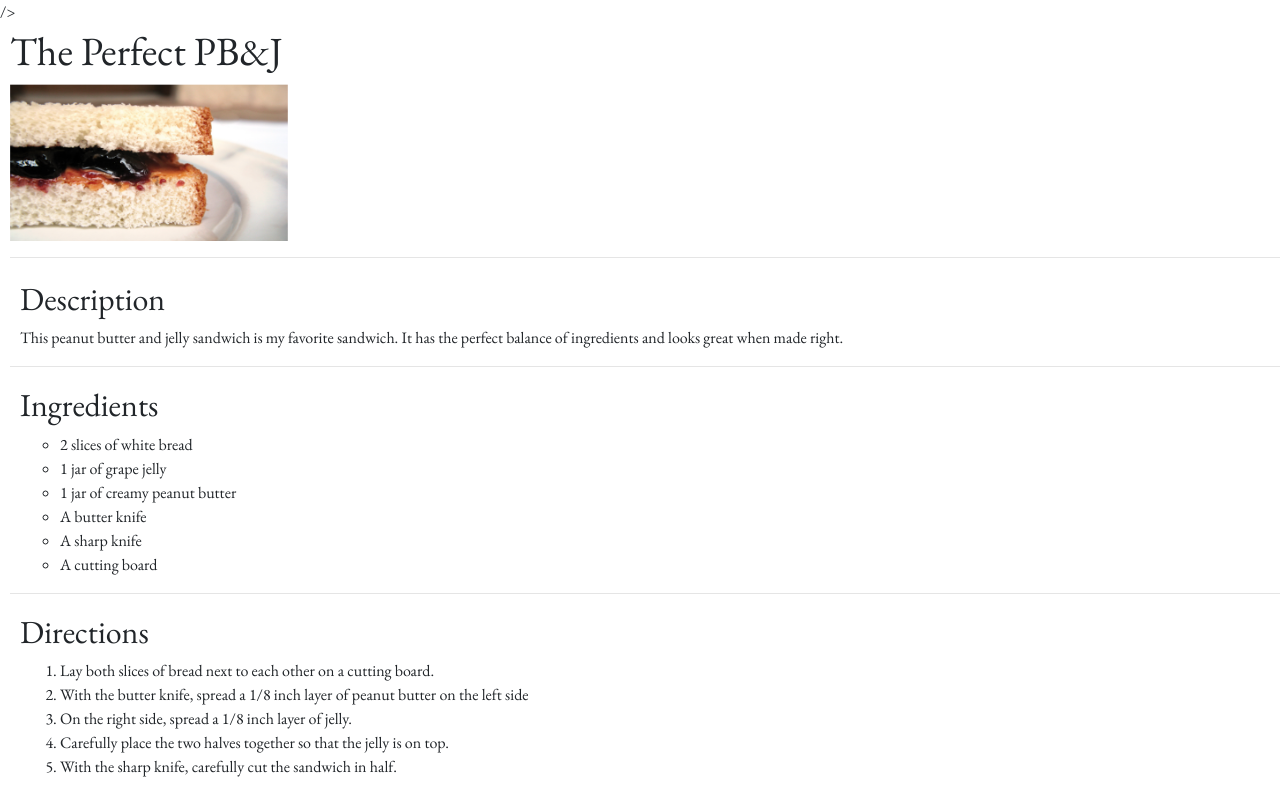
Repository: 9-5-pursuit/lab-intro-to-html
Page: recipe.html
These files come from the project's save history. The page is drawn as it stood at one moment and after a run of saves; the edit follows.
The browser window is 1280 px wide. The pictures show the whole page.

Above is the page before, as saved 2023-02-28 09:25:00.

### recipe.html
<!DOCTYPE html>
<html lang="en">
  <head>
    <meta charset="UTF-8" />
    <meta http-equiv="X-UA-Compatible" content="IE=edge" />
    <meta name="viewport" content="width=device-width, initial-scale=1.0" />
    <link
      rel="stylesheet"
      href="https://maxcdn.bootstrapcdn.com/bootstrap/4.0.0/css/bootstrap.min.css"
    />
    <title>The Perfect Sandwich</title>
    <link rel="preconnect" href="https://fonts.googleapis.com" />
    <link rel="preconnect" href="https://fonts.gstatic.com" crossorigin />
    <link
      href="https://fonts.googleapis.com/css2?family=EB+Garamond:ital,wght@0,400;1,700&display=swap"
      rel="stylesheet"/>
    />
    <style>
      div {
        padding-top: 3px;
        padding-left: 10px;
      }
      hr {
        padding-top: 0px;
      }
      body {
        font-family: "EB Garamond", serif;
      }
    </style>
  </head>
  <body>
    <div id="header-inner" class="header-inner">
      <h1>The Perfect PB&J</h1>
      <img
        src="images/pbjSandwich.png"
        class="img-fluid"
        alt="a close-up image of a peanut butter and jelly sandwich"
      />
      <hr />
    </div>
    <div id="content" class="content">
      <div>
        <h2>Description</h2>
        <p>
          This peanut butter and jelly sandwich is my favorite sandwich. It has
          the perfect balance of ingredients and looks great when made right.
        </p>
      </div>
      <hr />
      <div>
        <h2>Ingredients</h2>
        <ul type="circle">
          <li>2 slices of white bread</li>
          <li>1 jar of grape jelly</li>
          <li>1 jar of creamy peanut butter</li>
          <li>A butter knife</li>
          <li>A sharp knife</li>
          <li>A cutting board</li>
        </ul>
      </div>
      <hr />
      <div>
        <h2>Directions</h2>
        <ol>
          <li>
            Lay both slices of bread next to each other on a cutting board.
          </li>
          <li>
            With the butter knife, spread a 1/8 inch layer of peanut butter on
            the left side
          </li>
          <li>On the right side, spread a 1/8 inch layer of jelly.</li>
          <li>
            Carefully place the two halves together so that the jelly is on top.
          </li>
          <li>With the sharp knife, carefully cut the sandwich in half.</li>
        </ol>
      </div>
    </div>
  </body>
</html>

After the next 2 saves:
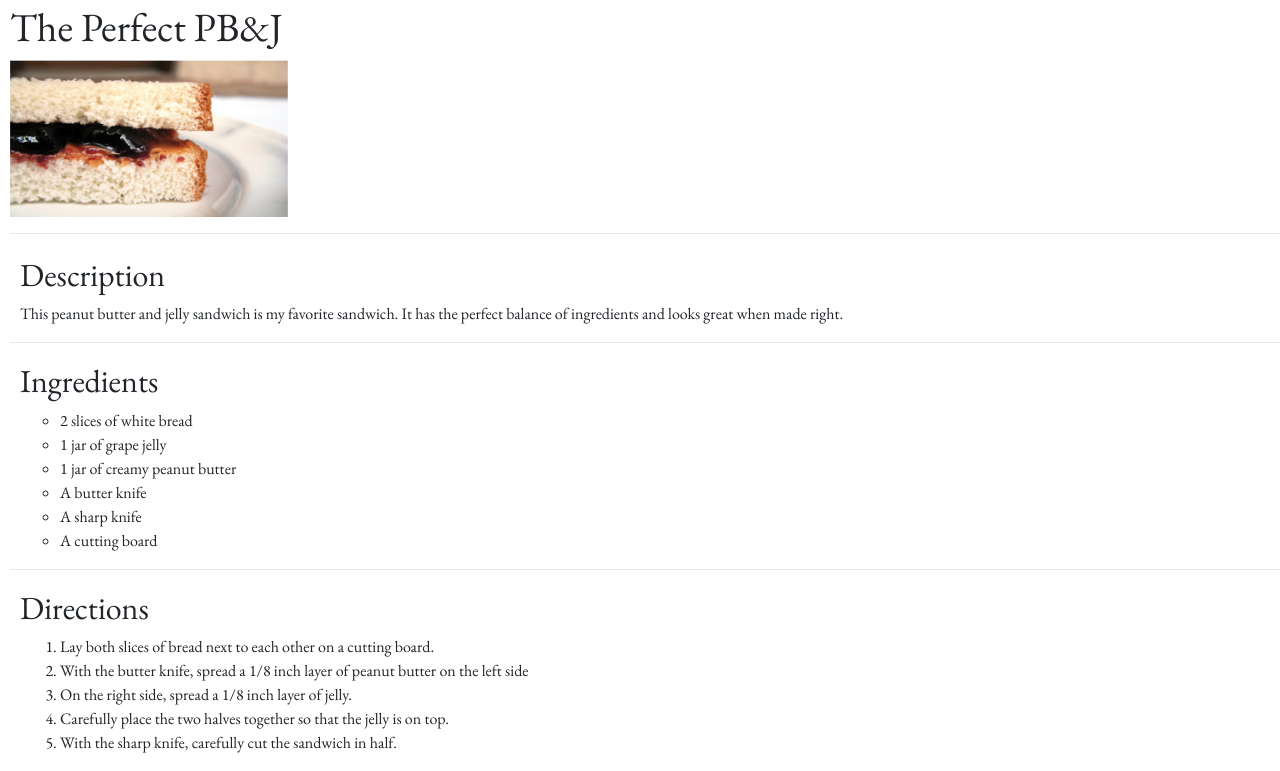
The 2 saves are shown as one change because they came seconds apart.
The last was saved 24 s later.
--- a/recipe.html
+++ b/recipe.html
@@ -13,7 +13,7 @@
     <link rel="preconnect" href="https://fonts.gstatic.com" crossorigin />
     <link
       href="https://fonts.googleapis.com/css2?family=EB+Garamond:ital,wght@0,400;1,700&display=swap"
-      rel="stylesheet"/>
+      rel="stylesheet"
     />
     <style>
       div {
